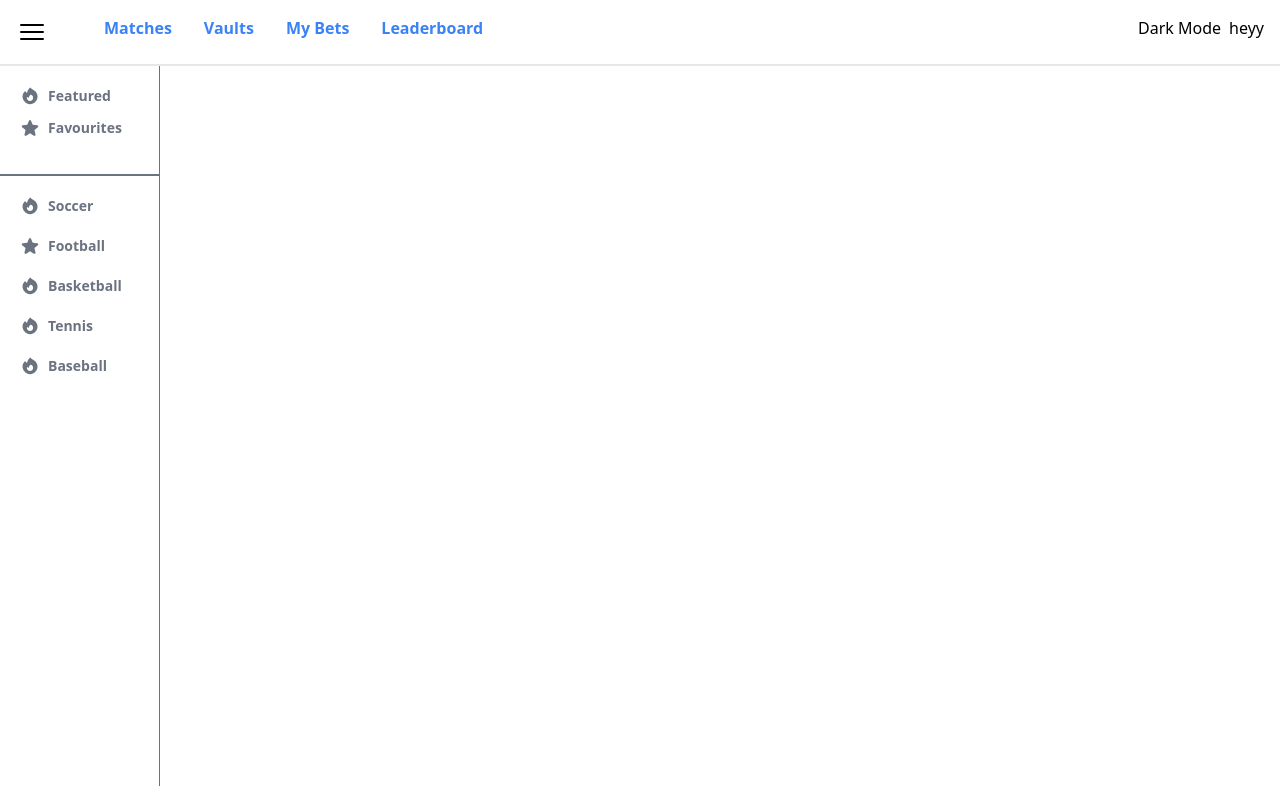
Repository: thekingisherenow/Betterbook
Page: /
The author's editor kept a copy of each file at every save. The page is drawn from the files as they stood at one save, then again after the next save.
The browser window is 1280 px wide. The pictures show the whole page.
The project was rebuilt for these pictures with package versions that can differ from the ones it lists, and the page was loaded fresh each time. The framework's server and built-in components were replaced by stand-ins that run in the browser. Also part of the build but not shown: next.config.js.

Above is the page before, as saved 2023-01-16 23:25:53.

### src/pages/_app.tsx
import type { AppProps } from 'next/app'
import { Provider } from 'react-redux'
import store from '../core/store'
import '../core/styles/root.css'

const App = (props: AppProps) => {
  const { Component, pageProps } = props
  return (
    <Provider store={store}>
      <Component {...pageProps} />
    </Provider>
  )
}

export default App

### src/pages/index.tsx
import type { NextPage } from 'next'
import { useEffect, useState } from 'react'
import API from '../core/services'
import { Game } from '../types/game'
import Sidebar from '../components/Typography/Sidebar'
import Header from '../components/Typography/Header'

const IndexPage: NextPage = () => {
  const [games, setGames] = useState<Game[]>([])

  useEffect(() => {
    API.games.fetchGames().then(setGames)
  }, [])

  return <div>
        <main className=''>

          {/* Header  */}
          <Header />
            {/* Sidebar */}
            <Sidebar/>
            {/* Center  */}

        </main>
  </div>
}

export default IndexPage

### src/core/store/index.ts
import { configureStore } from '@reduxjs/toolkit'
import { counterReducer } from './slices/counterSlice'

const store = configureStore({
  reducer: {
    counter: counterReducer,
  },
})

export default store

### src/core/services/index.ts
import * as gamesServices from './games'

const API = {
  games: gamesServices,
}

export default API

### src/components/Typography/Sidebar.tsx
import React from 'react'
import { FireIcon, StarIcon } from '@heroicons/react/24/solid'

function Sidebar() {
    return (
        <div className='text-gray-500 text-sm border-r h-screen w-40 border-gray-500'>
            <div>
                <div className='flex flex-col  p-5 space-y-3 font-semibold mb-4'>
                    <button className='flex items-center space-x-2 hover:text-blue-600'>
                        <FireIcon className='w-5 h-5' />
                        <p>Featured</p>
                    </button>
                    <button className='flex items-center space-x-2 hover:text-blue-600'>
                        <StarIcon className='w-5 h-5' />
                        <p>Favourites</p>
                    </button>
                </div>
                    <hr className='border-t-2 border-gray-500' />

                <div className='flex flex-col space-y-5  p-5 font-semibold mb-4'>
                    <button className='flex items-center space-x-2 hover:text-blue-600'>
                        <FireIcon className='w-5 h-5' />
                        <p>Soccer</p>
                    </button>
                    <button className='flex items-center space-x-2 hover:text-blue-600'>
                        <StarIcon className='w-5 h-5' />
                        <p>Football</p>
                    </button>
                    <button className='flex items-center space-x-2 hover:text-blue-600'>
                        <FireIcon className='w-5 h-5' />
                        <p>Basketball</p>
                    </button>
                    <button className='flex items-center space-x-2 hover:text-blue-600'>
                        <FireIcon className='w-5 h-5' />
                        <p>Tennis</p>
                    </button>
                    <button className='flex items-center space-x-2 hover:text-blue-600'>
                        <FireIcon className='w-5 h-5' />
                        <p>Baseball</p>
                    </button>
                </div>
            </div>
        </div>
    )
}

export default Sidebar

### src/components/Typography/Header.tsx
import { Bars3Icon } from '@heroicons/react/24/solid'
import React from 'react'
import NavLinks from './NavLinks'

function Header() {
  return (
    <header >
      <div className='p-4 flex text-center   border-b-2 '>
        <Bars3Icon className='h-8 w-8 cursor-pointer'/>
        <div className='ml-10'>
          {/* Nav Links */}
        <NavLinks />

        </div>
        <div className='flex space-x-2 justify-end ml-auto '>
          <div>
            Dark Mode
            </div>
            <div>
              heyy
              </div>
        </div>
      </div>
    </header>
  )
}

export default Header

### src/core/store/slices/counterSlice.ts
import { createSlice } from '@reduxjs/toolkit'

export const counterSlice = createSlice({
  name: 'counter',
  initialState: {
    count: 0,
  },
  reducers: {
    setCount(state, { payload }) {
      state.count = payload
    },
  },
})

export const counterReducer = counterSlice.reducer

### src/core/services/games.ts
import { Game } from '../../types/game'

export const fetchGames = (): Promise<Game[]> => {
  return Promise.resolve([
    {
      id: '1',
      name: 'Spain vs Argentina',
    },
  ])
}

### src/components/Typography/NavLinks.tsx
import React from 'react'
import { categories } from './constants'
import NavLink from './NavLink'

function NavLinks() {

    //const isActive is true if the url matches the current page.

  return (
    <nav>
      {categories.map((category)=>(
        <NavLink key={category} category={category} isActive={true} />
      ))}
    </nav>
  )
}

export default NavLinks

### src/components/Typography/constants.ts
import { Category } from "../../types/category"

export const categories : Category[] =[
    "Matches",
    "Vaults",
    "My Bets",
    "Leaderboard",
]

### src/components/Typography/NavLink.tsx
import Link from 'next/link';
import React from 'react'


type Props = {
    category: string;
    isActive: boolean;

}

function NavLink({category,isActive}:Props) {
  return (
    <Link href={'/${category}'}
        className={`cursor-pointer p-4 hover:font-bold hover:scale-110 transition-transform duration-200 ease-out ${isActive && 'text-blue-500 font-bold '}`}
    >
      {category}
    </Link>
  )
}

export default NavLink

### tailwind.config.js
/** @type {import('tailwindcss').Config} */
module.exports = {
  content: [
    './src/pages/**/*.{js,ts,jsx,tsx}',
    './src/components/**/*.{js,ts,jsx,tsx}',
    './src/modules/**/*.{js,ts,jsx,tsx}',
  ],
  theme: {
    extend: {},
  },
  plugins: [],
}

Loaded but not shown: src/core/styles/root.css (common file)

After the next save:
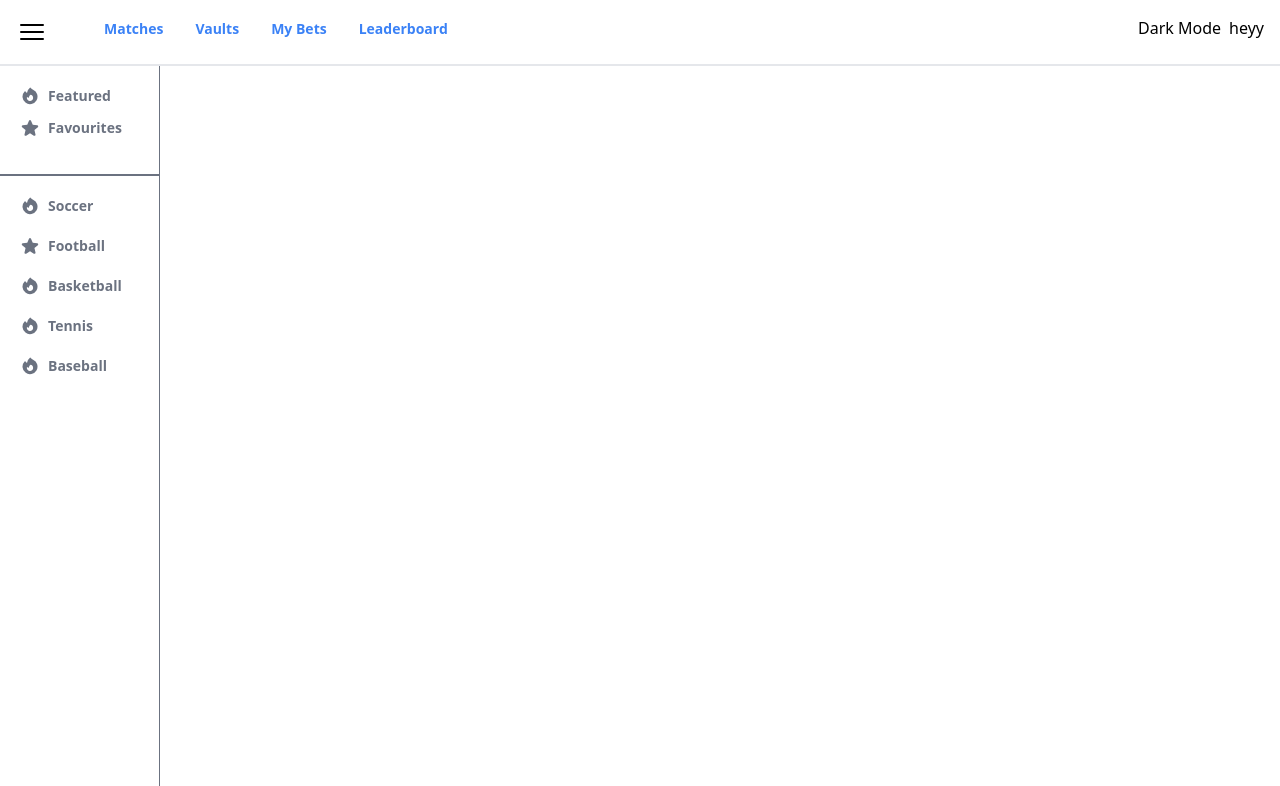
Saved 59 s later.
--- a/src/components/Typography/NavLink.tsx
+++ b/src/components/Typography/NavLink.tsx
@@ -11,7 +11,7 @@ type Props = {
 function NavLink({category,isActive}:Props) {
   return (
     <Link href={'/${category}'}
-        className={`cursor-pointer p-4 hover:font-bold hover:scale-110 transition-transform duration-200 ease-out ${isActive && 'text-blue-500 font-bold '}`}
+        className={`cursor-pointer p-4 text-sm hover:font-bold hover:scale-110 transition-transform duration-200 ease-out ${isActive && 'text-blue-500 font-bold '}`}
     >
       {category}
     </Link>
